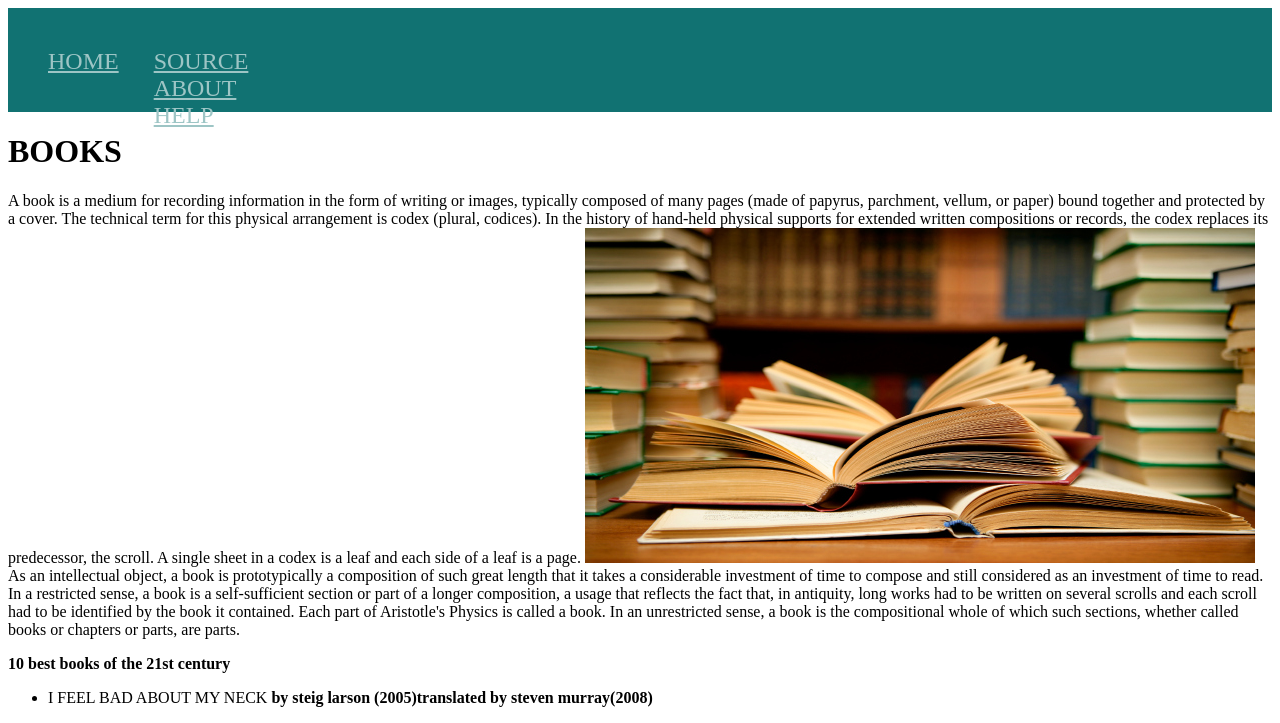
Repository: Hanan-arts/websites
Page: 01 web design/website.html
An editor plug-in stored every save of this project. The page is shown before and after a run of saves, followed by the edit.
The browser window is 1280 px wide. The pictures show the whole page.

Above is the page before, as saved 2021-02-13 21:02:18.

### 01 web design/website.html
<!DOCTYPE html>
<html lang="en">
<head>
    <meta charset="UTF-8">
    <meta http-equiv="X-UA-Compatible" content="IE=edge">
    <meta name="viewport" content="width=device-width, initial-scale=1.0">
    <title>BOOKS WORLD</title>
</head>
<link rel="stylesheet" href="c.css">
<body>
    <div class="container">
        <div class="nav-wrapper">
        <div class="left-side">
            <div class="nav-link-wrapper">
                <a href="website.html">HOME</a>
            </div>
            <div class="nav-link-wrapper">
                <a href="Source.html">SOURCE</a>
                <div class="nav-link-wrapper">
                    <a href="About.html">ABOUT</a>
                    <div class="nav-link-wrapper">
                        <a href="Help.html">HELP</a>
                    </div>
                </div>
            </div>
        </div>
        </div>
        </div>
    </div>
<h1><b>BOOKS</b></h1>
<p>A book is a medium for recording information in the form of writing or images, typically composed of
many pages (made of papyrus, parchment, vellum, or paper) bound together and protected by a cover.
The technical term for this physical arrangement is codex (plural, codices). In the history of
hand-held physical supports for extended written compositions or records, the codex replaces its
predecessor, the scroll. A single sheet in a codex is a leaf and each side of a leaf is a page.
<img src="books-for-survey.jpg" ><br>

As an intellectual object, a book is prototypically a composition of such great length that it takes
a considerable investment of time to compose and still considered as an investment of time to read.
In a restricted sense, a book is a self-sufficient section or part of a longer composition,
a usage that reflects the fact that, in antiquity, long works had to be written on several scrolls and
each scroll had to be identified by the book it contained. Each part of Aristotle's Physics is called a
book.
In an unrestricted sense, a book is the compositional whole of which such sections, whether called books
or chapters or parts,
are parts.
</body>
<p><b>10 best books of the 21st century</b></p>
<p>
    <div>
        <ul>
            <li>I FEEL BAD ABOUT MY NECK <b>by steig larson
                (2005)translated by steven murray(2008)
            </b></li>

        </ul>
    </div>

</p>

</html>

### 01 web design/c.css
.nav-wrapper{
    display:flex;
    justify-content: space-between;
    padding: 40px;
    background-color: rgb(17, 114, 114);
}
.left-side{
    display: flex;
}
.nav-wrapper > .left-side > div {
    margin-right: 35px;
    font-size: 1.5em;
    text-transform: uppercase;
}
.nav-link-wrapper{
    height: 23px;
    border-bottom: 1.2px solid transparent;
    transition: border-bottom 0.7s;
}
.nav-link-wrapper a {
    color: rgb(157, 197, 197);

}

After the next 4 saves:
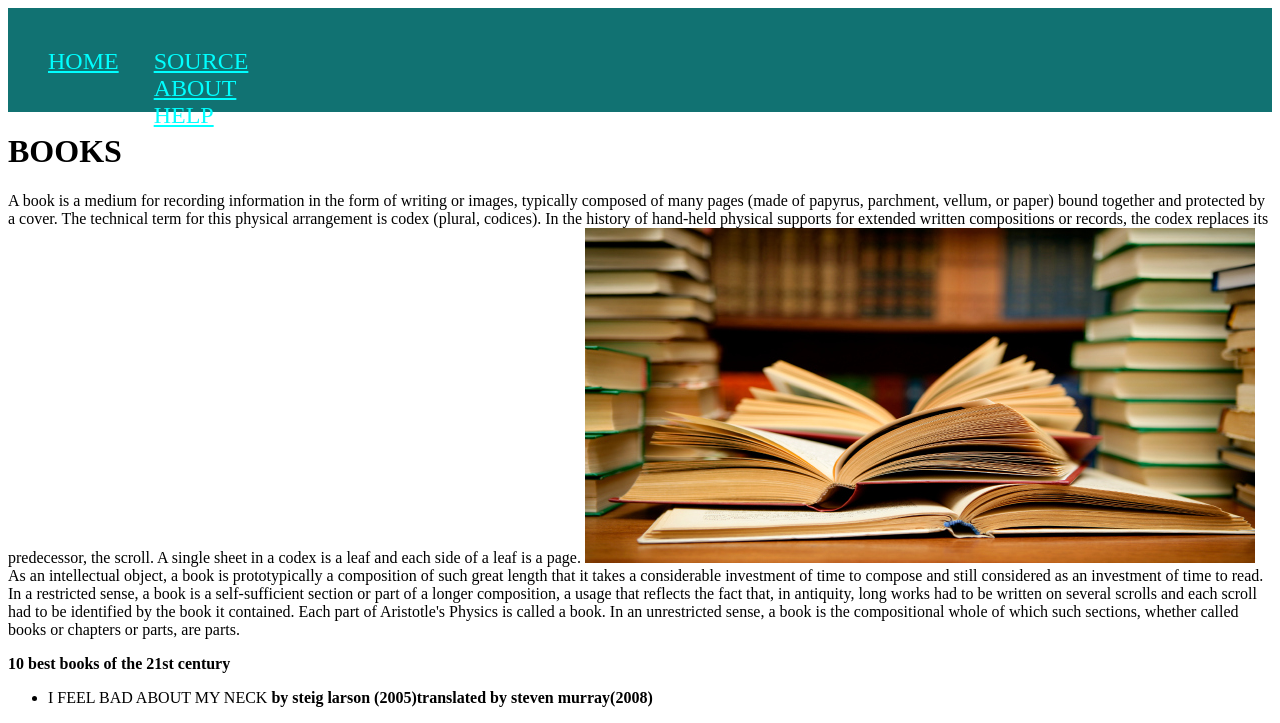
The 4 saves are shown as one change because they came seconds apart.
The last was saved 11 s later.
--- a/01 web design/c.css
+++ b/01 web design/c.css
@@ -18,6 +18,7 @@
     transition: border-bottom 0.7s;
 }
 .nav-link-wrapper a {
-    color: rgb(157, 197, 197);
+    color: aqua;
+    text-decoration: ;
 
 }
